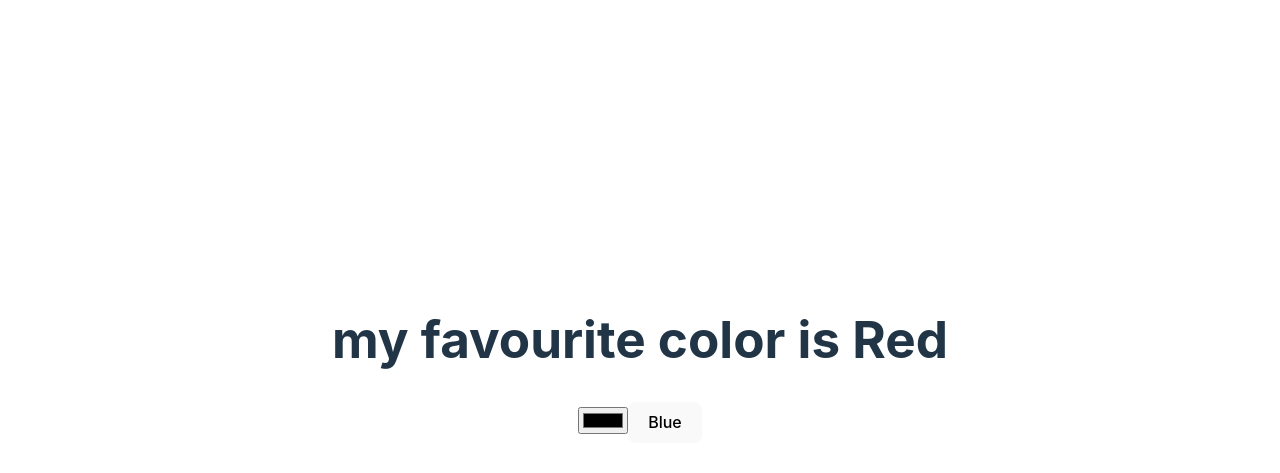
Repository: wakoya-tech/react-project
Page: / (app in Hooks/)
The author's editor kept a copy of each file at every save. The page is drawn from the files as they stood at one save, then again after a run of saves.
The browser window is 1280 px wide. The pictures show the whole page.
The project was rebuilt for these pictures with package versions that can differ from the ones it lists, and the page was loaded fresh each time. Also part of the build but not shown: Hooks/vite.config.js.

Above is the page before, as saved 2025-10-14 22:03:14.

After the next 2 saves:
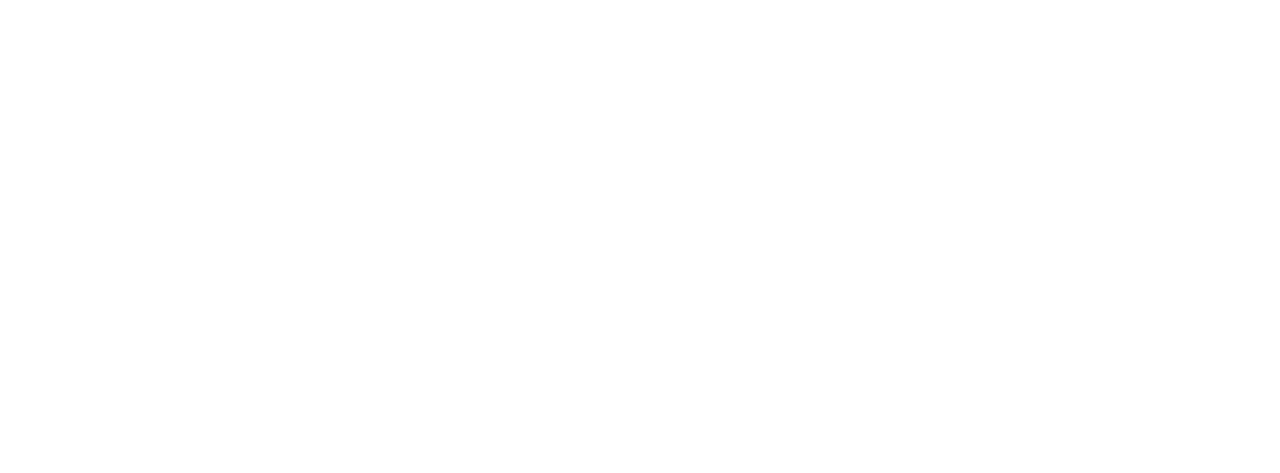
Console error: ReferenceError: handleColor is not defined
The 2 saves are shown as one change because 1 did not build or start.
The last was saved 97 s later.
--- a/Hooks/src/App.jsx
+++ b/Hooks/src/App.jsx
@@ -2,15 +2,12 @@
 import './App.css'
 
 function App() {
-  const [color,setColor]=useState();
-  function handleColor(e){
-    setColor(e.target.value);
+ let color ="Red";
 
-  }
 return(
   <>
-  <h1>my favourite color is Red </h1>
-  <input type="color" onChange={handleColor} />
+  <h1>my favourite color is {color} </h1>
+
   <button type='color'onClick={handleColor}>Blue</button>
 
   </>

After the save that followed:
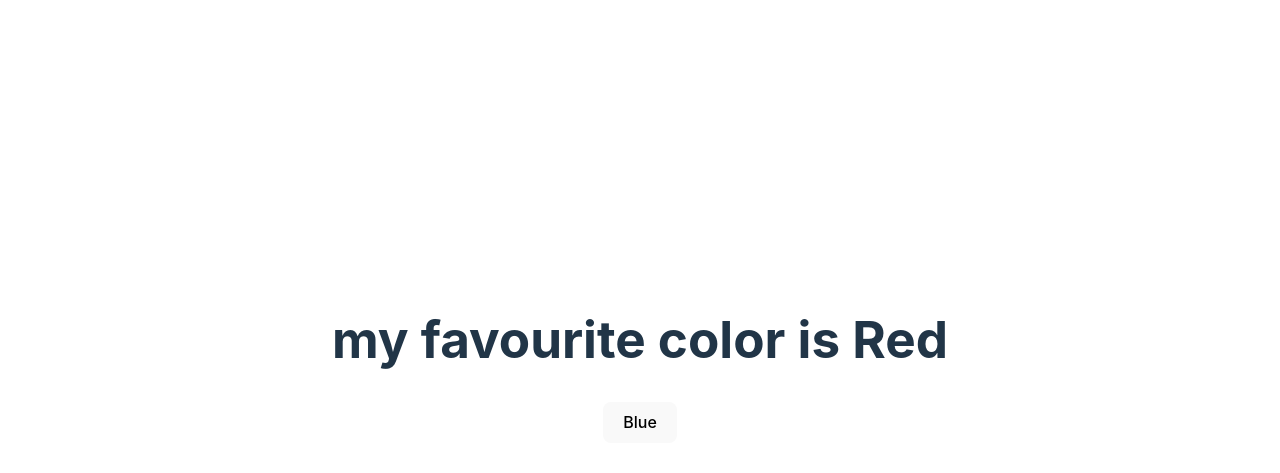
The error is gone.
Saved 35 s later.
--- a/Hooks/src/App.jsx
+++ b/Hooks/src/App.jsx
@@ -8,7 +8,7 @@
   <>
   <h1>my favourite color is {color} </h1>
 
-  <button type='color'onClick={handleColor}>Blue</button>
+  <button>Blue</button>
 
   </>
 )
